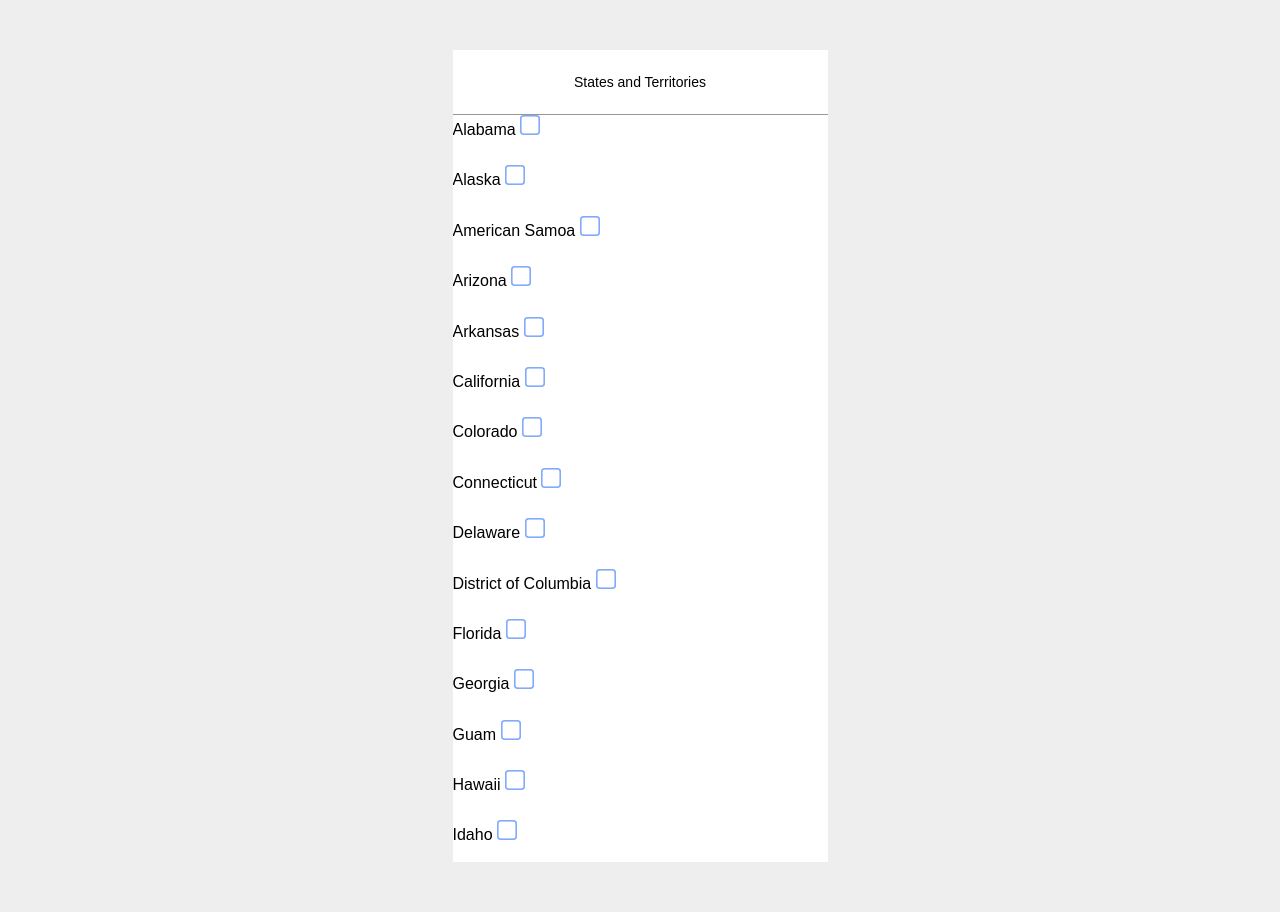
Repository: zitac234/codingTest
Page: /
An editor plug-in stored every save of this project. The page is shown before and after a run of saves, followed by the edit.
The browser window is 1280 px wide. The pictures show the whole page.
The project was rebuilt for these pictures with package versions that can differ from the ones it lists, and the page was loaded fresh each time.

Above is the page before, as saved 2021-03-31 15:06:56.

After the next 4 saves:
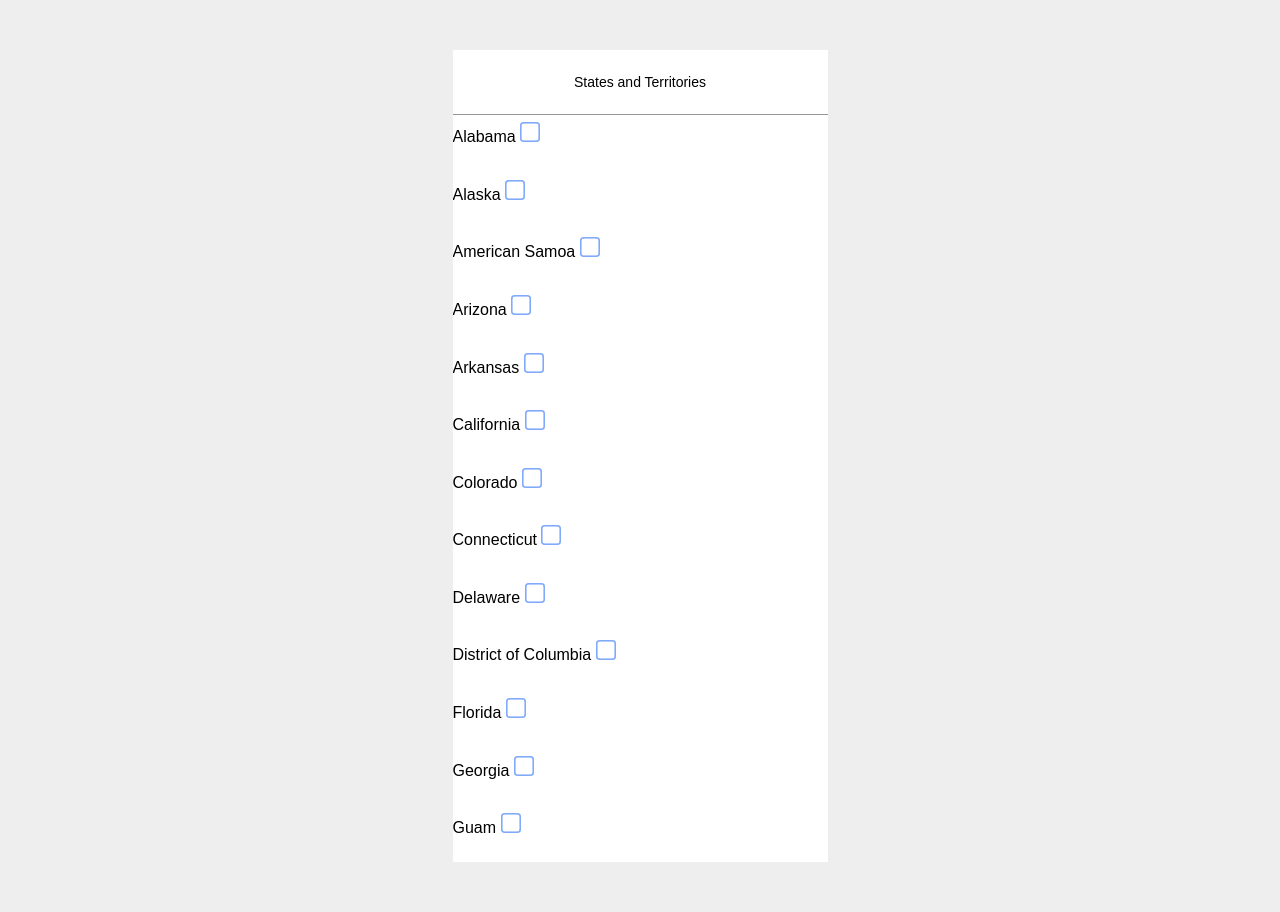
The 4 saves are shown as one change because they came seconds apart.
The last was saved 15 s later.
--- a/src/List.css
+++ b/src/List.css
@@ -4,4 +4,5 @@
 }
 .state{
   height: 7vh;
+  margin-top: 1vh;
 }
